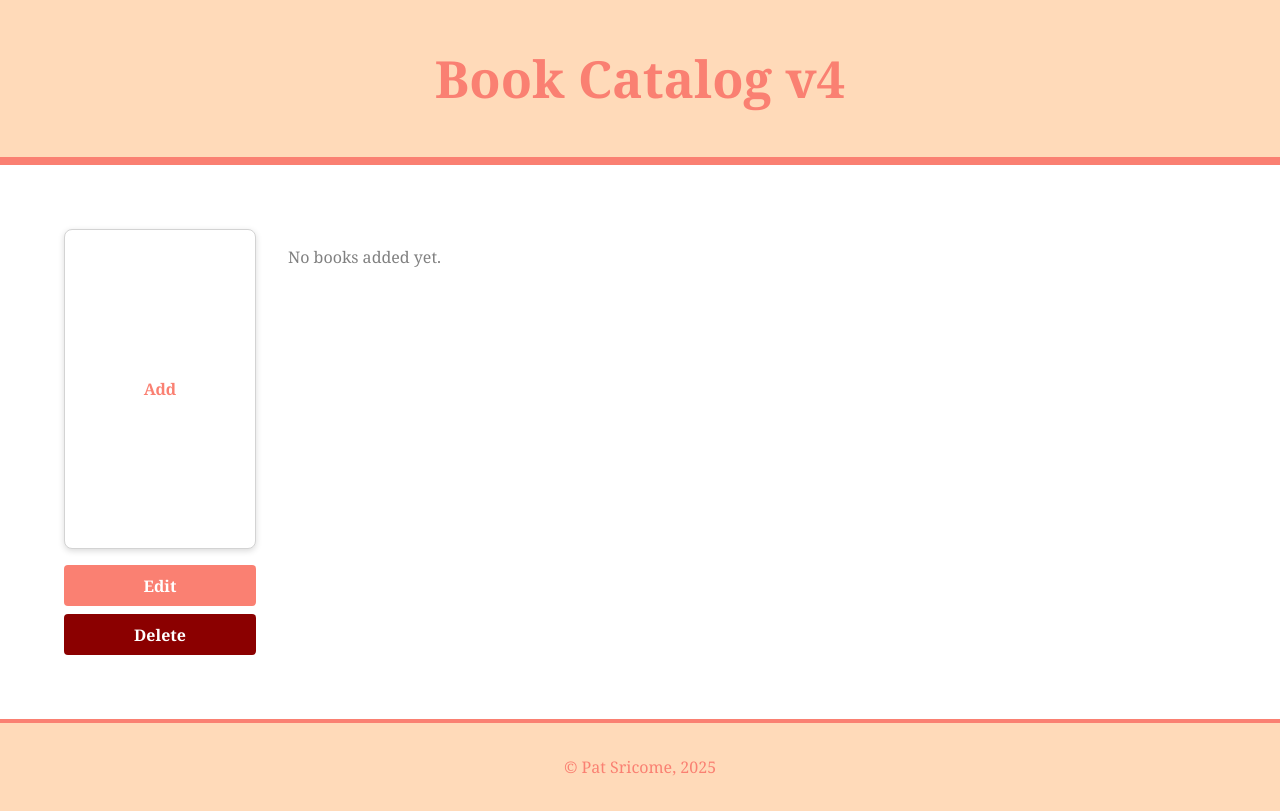
Repository: patcha-d3/book-catalog-v5
Page: /
These files come from the project's save history. The page is drawn as it stood at one moment and after the next save; the edit follows.
The browser window is 1280 px wide. The pictures show the whole page.
The project was rebuilt for these pictures with package versions that can differ from the ones it lists, and the page was loaded fresh each time. Also part of the build but not shown: vite.config.js, src/book.jsx.

Above is the page before, as saved 2025-10-14 20:42:21.

### index.html
<!DOCTYPE html>
<html lang="en">
  <head>
    <meta charset="UTF-8" />
    <link rel="icon" type="image/svg+xml" href="/vite.svg" />
    <meta name="viewport" content="width=device-width, initial-scale=1.0" />
    <title>Pat's Rendering lists</title>
  </head>
  <body>
    <div id="root"></div>
    <script type="module" src="/src/main.jsx"></script>
  </body>
</html>

### src/App.jsx
// App.jsx
import { useState } from "react";
import "./App.css";
import Modal from "./components/Modal.jsx";
import AddBook from "./components/AddBook.jsx";
import Book from "./book.jsx";

function App() {
  // เริ่มต้นไม่มีหนังสือ
  const [books, setBooks] = useState([]);

  // toggle การเลือก (เลือกได้ทีละเล่ม)
  const toggleSelect = (isbn13) => {
    setBooks((prev) =>
      prev.map((book) =>
        book.isbn13 === isbn13
          ? { ...book, selected: !book.selected }
          : { ...book, selected: false }
      )
    );
  };

  // 🟢 เพิ่มหนังสือใหม่
  const handleAddBook = (newBook) => {
    const withDefaults = {
      ...newBook,
      isbn13: crypto.randomUUID(),
      selected: false,
      image: newBook.image || "https://via.placeholder.com/150x200?text=Book",
      price: newBook.price || "$0.00",
      url: newBook.url || "#",
    };
    setBooks((prev) => [...prev, withDefaults]);
  };

  // 🔴 ลบหนังสือที่เลือก
  const handleDeleteBook = () => {
    const selectedBook = books.find((b) => b.selected);
    if (!selectedBook) {
      alert("Please select a book to delete.");
      return;
    }
    setBooks((prev) => prev.filter((b) => b.isbn13 !== selectedBook.isbn13));
  };

  // 🟠 Update placeholder
  const handleUpdateBook = () => {
    const selectedBook = books.find((b) => b.selected);
    if (!selectedBook) {
      alert("Please select a book to update.");
      return;
    }
    alert("Update feature coming soon!");
  };

  return (
    <div className="app">
      <header className="app-header">
        <h1>Book Catalog v4</h1>
      </header>

      <main className="content">
        {/* --- ด้านซ้าย: Add / Update / Delete --- */}
        <div className="content-add">
          {/* ปุ่ม Add + modal */}
          <Modal btnLabel="Add" btnClassName="button-add">
            <AddBook onAdd={handleAddBook} />
          </Modal>

          {/* ปุ่ม Update / Delete */}
          <div className="action-buttons">
            <button className="button-update" onClick={handleUpdateBook}>
              Edit
            </button>
            <button className="button-delete" onClick={handleDeleteBook}>
              Delete
            </button>
          </div>
        </div>

        {/* --- ด้านขวา: แสดงหนังสือ --- */}
        <BookTile books={books} onSelect={toggleSelect} />
      </main>

      <footer className="footer">
        <p>© Pat Sricome, 2025</p>
      </footer>
    </div>
  );
}

// 🟣 Component แสดงหนังสือ
function BookTile({ books, onSelect }) {
  if (books.length === 0) {
    return (
      <div className="content-books">
        <p style={{ color: "gray" }}>No books added yet.</p>
      </div>
    );
  }

  return (
    <div className="content-books">
      {books.map((book) => (
        <Book
          key={book.isbn13}
          title={book.title}
          author={book.author}
          image={book.image}
          price={book.price}
          url={book.url}
          selected={book.selected}
          onSelect={() => onSelect(book.isbn13)}
        />
      ))}
    </div>
  );
}

export default App;

### src/App.css
* {
  font-family: Georgia, "Times New Roman", Times, serif;
}

*,
*::before,
*::after {
  box-sizing: border-box;
}

html {
  display: flex;
  flex-direction: column;
  margin: auto;
  background-color: white;
}

html,
body {
  margin: 0;
  padding: 0;
  background-color: white; /* พื้นหลังขาวล้วน */
}

.content > * {
  margin: 0;
}

.app {
  display: flex;
  flex-direction: column;
  min-height: 100vh; /* ให้ container สูงเต็มหน้าจอ */
  background-color: white;
}

.app-header {
  position: relative;
  top: 0;
  left: 0;
  z-index: 1000;
  width: 100vw;
  background-color: peachpuff;
  color: salmon;
  padding: 1em;
  border-bottom: 8px solid salmon;
  text-align: center;
}

.content {
  flex: 1;
  display: flex;
  flex-direction: row;
  gap: 2em;
  padding: 4em;
  background-color: white;
}

.content-add {
  flex: 0 0 auto;
}

.action-buttons {
  display: flex;
  flex-direction: column;
  gap: 0.5em;
  margin-top: 1em;
  width: 100%;
}

.button-add,
.card-book {
  display: flex;
  flex-direction: column;
  justify-content: center;
  align-items: center;
  min-width: 12em;
  height: 20em;
  border: 1px solid lightgrey;
  border-radius: 0.5em;
  background-color: #fff;
  transition: background-color 0.3s ease, color 0.3s ease;
}

.button-add {
  color: salmon;
  font-weight: bold;
}

.button-add h2 {
  font-size: 1.2em;
  font-weight: normal;
  color: grey;
}

.button-add:hover {
  background-color: salmon;
  color: white;
  border-color: salmon;
  font-weight: bold;
}

.button-add:hover h2 {
  color: white; /* make text readable on blue */
}

.content-books {
  display: flex;
  flex-wrap: wrap;
  justify-content: flex-start;
  gap: 2em;
  flex: 1;
}

.card-book div {
  margin: 0 auto;
}

.card-book {
  position: relative; /* ให้ปุ่ม x ยึดกับกรอบ card */
  display: flex;
  flex-direction: column;
  max-width: 12em;
  height: 20em;
  padding: 0.5em;
  border-radius: 0.5em;
  text-align: center;
  color: grey;
  background-color: white;
  overflow: hidden;
}

.card-book-image {
  flex: 0 0 auto;
  display: grid;
  place-items: center;
  max-width: 100%;
  max-height: 100%;
  margin: 0 auto;
}

.card-book-image img {
  width: 100%;
  height: 100%;
  object-fit: contain;
}

.card-book-body {
  display: flex;
  flex-direction: column;
  flex: 1; /* stretch body to take all available space */
}

.card-book-price {
  font-weight: bold;
  margin: 0.5em 0;
  color: #333;
}

.link-button {
  margin-top: auto; /* push button to bottom */
  width: 100%;
  background-color: salmon;
  color: white;
  padding: 0.5em 2.4em;
  text-align: center;
  text-decoration: none;
  font-weight: bold;
  border-radius: 8px;
  transition: background-color 0.3s ease, color 0.3s ease;
}

.link-button::hover {
  background-color: white;
  color: salmon;
}

@media (max-width: 480px) {
  .button-add,
  .card-book {
    max-width: 100%;
  }
}

.footer {
  bottom: 0;
  text-align: center;
  width: 100vw;
  background-color: peachpuff;
  color: salmon;
  padding: 1em;
  border-top: 4px solid salmon;
  margin-top: auto;
}

.card-book,
.button-add {
  box-shadow: 0 2px 6px rgba(0, 0, 0, 0.15);
  transition: box-shadow 0.3s ease, transform 0.3s ease;
}

.card-book:hover,
.button-add:hover {
  box-shadow: 0 4px 12px rgba(0, 0, 0, 0.35);
  transform: translateY(-5px);
}

.book-card span {
  display: inline-block;
  margin-left: 8px;
  font-weight: bold;
  cursor: pointer;
  color: red;
}

.btn-remove {
  font-family: Arial, Helvetica, sans-serif;
  position: absolute;
  top: 0;
  right: 0;
  display: inline-block;
  padding: 0 0.5em;
  background: #eee;
  cursor: pointer;
}

.btn-remove:hover {
  background: #db4141;
  color: white;
}

.form-container {
  padding: 0 3em;

  > form {
    padding: 2em;

    button {
      margin-left: 10em;
    }
  }
  .form-control {
    label {
      display: inline-block;
      width: 10em;
    }
    margin: 1em 0;
  }
}

dialog {
  background-color: white;
  color: #333;
}

dialog form {
  background-color: white;
  color: #333;
}

.card-book.selected {
  border: 3px solid salmon;
  transform: scale(1.02);
}

.book-title {
  font-size: 1rem;
  font-weight: bold;
  color: #333;
  margin: 0.5em 0 0 0;
}

.book-author {
  font-size: 0.9rem;
  color: #666;
  margin: 0.25em 0;
}

.button-update,
.button-delete {
  width: 100%;
  padding: 0.6em 0;
  font-weight: bold;
  border: none;
  color: white;
  cursor: pointer;
  border-radius: 4px;
}

.button-update {
  background-color: salmon;
}

.button-update:hover {
  background-color: darkred;
}

.button-delete {
  background-color: darkred;
}

### src/components/Modal.jsx
import { useRef } from "react";

function Modal({ btnLabel, children, btnClassName }) {
  const modalRef = useRef();

  const openModal = () => modalRef.current.showModal();
  const closeModal = () => modalRef.current.close();

  return (
    <>
      <button onClick={openModal} className={btnClassName}>
        {btnLabel}
      </button>

      {/* ✅ ไม่มี <form> ครอบอีกแล้ว */}
      <dialog ref={modalRef}>
        <button
          onClick={closeModal}
          style={{
            position: "absolute",
            top: "10px",
            right: "10px",
            background: "transparent",
            border: "none",
            fontSize: "1.2rem",
            cursor: "pointer",
          }}
        >
          ✕
        </button>

        {/* ✅ render children ตรง ๆ (ซึ่งคือ <AddBook>) */}
        {children}
      </dialog>
    </>
  );
}

export default Modal;

### src/components/AddBook.jsx
import { useState } from "react";

function AddBook({ onAdd }) {
  const [formData, setFormData] = useState({
    title: "",
    author: "",
    publisher: "",
    year: "",
    language: "",
    pages: "",
    url: "",
  });

  const handleChange = (e) => {
    const { name, value } = e.target;
    setFormData((prev) => ({
      ...prev,
      [name]: value,
    }));
  };

  const handleSubmit = (e) => {
    e.preventDefault();

    if (!formData.title || !formData.author) {
      alert("Please enter at least a title and author.");
      return;
    }

    // ✅ ส่งข้อมูลกลับไป App.jsx
    onAdd(formData);

    // ✅ รีเซ็ตค่า
    setFormData({
      title: "",
      author: "",
      publisher: "",
      year: "",
      language: "",
      pages: "",
      url: "",
    });

    // ✅ ปิด dialog
    const dialog = document.querySelector("dialog");
    if (dialog) dialog.close();
  };

  return (
    <div className="form-container">
      <h2>Add New Book</h2>
      <form onSubmit={handleSubmit} className="modal-form">
        <div className="form-row">
          <label>Title</label>
          <input
            name="title"
            value={formData.title}
            onChange={handleChange}
            placeholder="Book title"
          />
        </div>

        <div className="form-row">
          <label>Author</label>
          <input
            name="author"
            value={formData.author}
            onChange={handleChange}
            placeholder="Author name"
          />
        </div>

        <div className="form-row">
          <label>Publisher</label>
          <input
            name="publisher"
            value={formData.publisher}
            onChange={handleChange}
            placeholder="Publisher"
          />
        </div>

        <div className="form-row">
          <label>Publication Year</label>
          <input
            name="year"
            type="number"
            value={formData.year}
            onChange={handleChange}
            placeholder="Publication Year"
          />
        </div>

        <div className="form-row">
          <label>Language</label>
          <input
            name="language"
            value={formData.language}
            onChange={handleChange}
            placeholder="Language"
          />
        </div>

        <div className="form-row">
          <label>Pages</label>
          <input
            name="pages"
            type="number"
            value={formData.pages}
            onChange={handleChange}
            placeholder="Pages"
          />
        </div>

        <div className="form-row">
          <label>Url Link (cover image)</label>
          <input
            name="url"
            value={formData.url}
            onChange={handleChange}
            placeholder="e.g. https://example.com"
          />
        </div>

        <div className="modal-buttons">
          <button type="submit" className="btn primary">
            Save
          </button>
          <button
            type="button"
            onClick={() => {
              const dialog = document.querySelector("dialog");
              if (dialog) dialog.close();
            }}
          >
            Cancel
          </button>
        </div>
      </form>
    </div>
  );
}

export default AddBook;

Loaded but not shown: src/main.jsx (common file); src/index.css (common file)

After the next save:
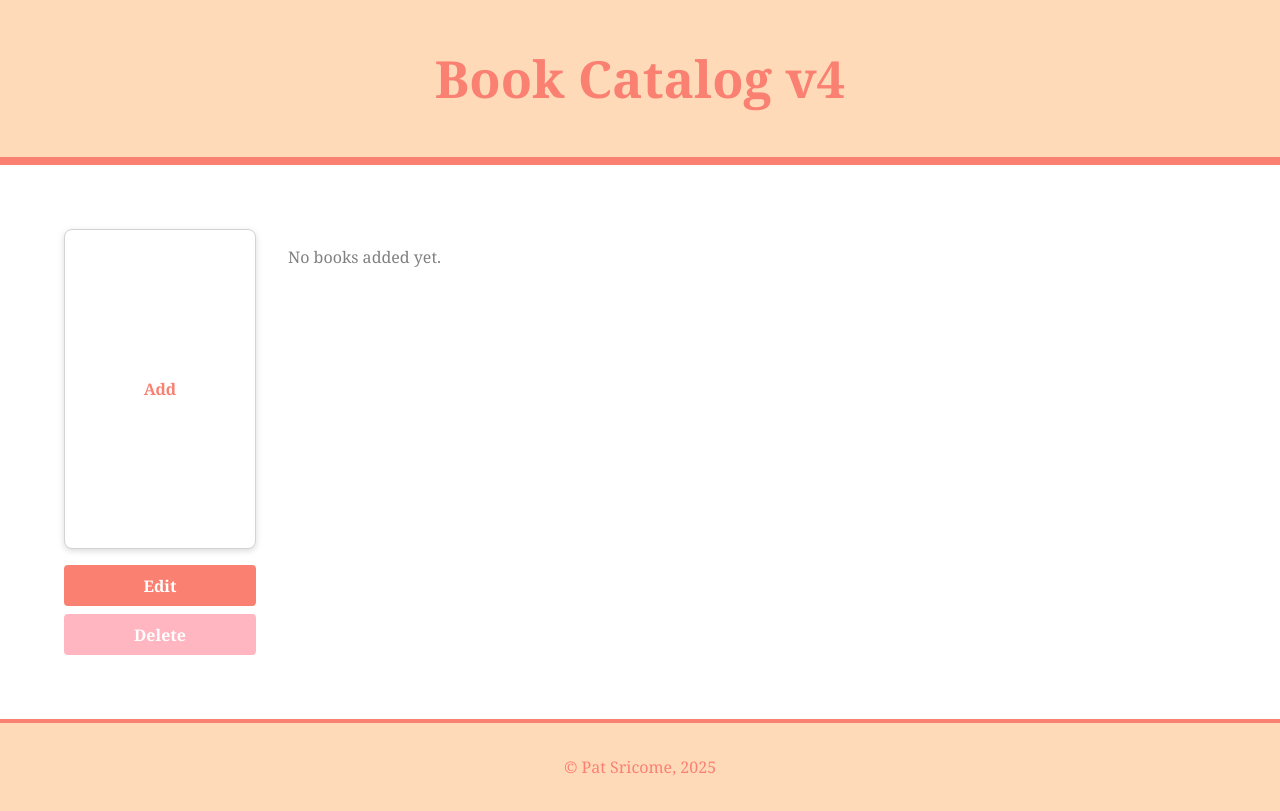
Saved 12 s later.
--- a/src/App.css
+++ b/src/App.css
@@ -295,5 +295,5 @@ dialog form {
 }
 
 .button-delete {
-  background-color: darkred;
-}
+  background-color: lightpink;
+}
